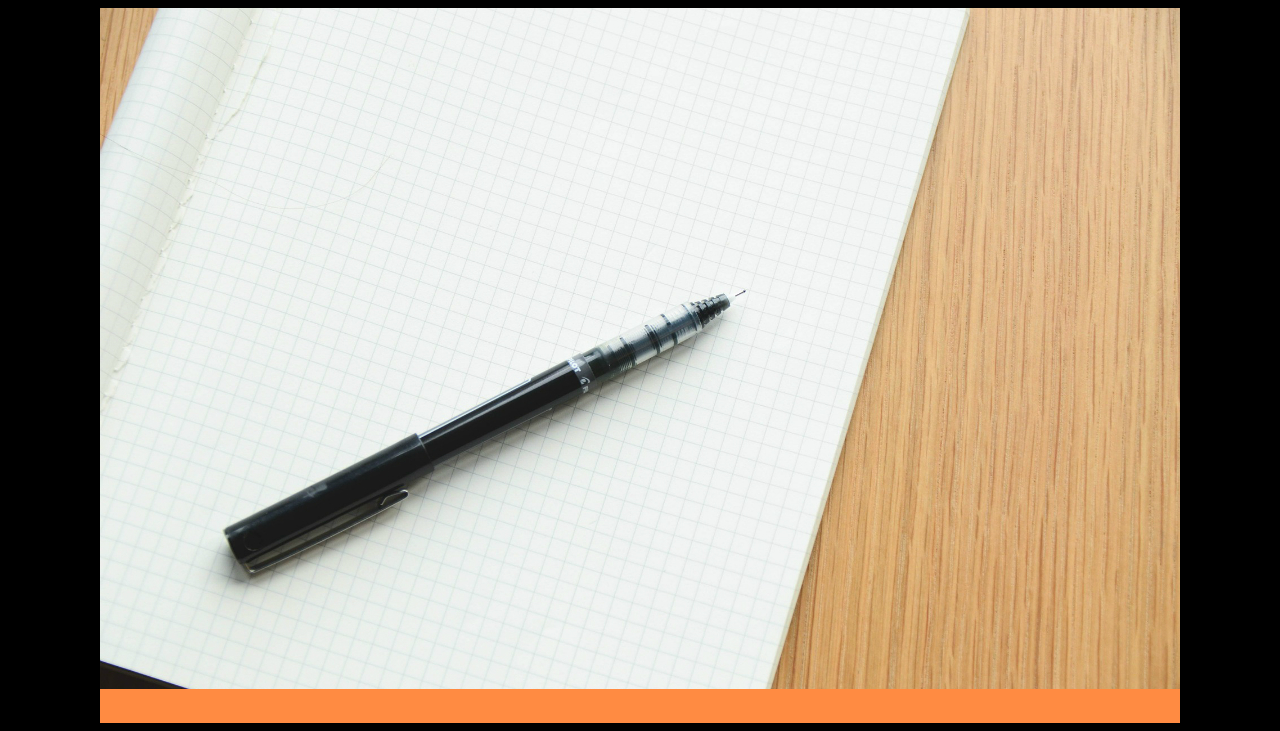
Repository: jc222fi/1dv403-laborationer
Page: 5-pwd/index.html
The author's editor kept a record of every edit. The page is drawn from the files as they stood at one moment, then again after the next edit.
The browser window is 1280 px wide. The pictures show the whole page.

Above is the page before.
Console error: SyntaxError: Unexpected identifier 'openWindow'

### 5-pwd/index.html
<!DOCTYPE html>
<html>
    <head>
        <meta charset="UTF-8">
        <title>My Virtual Desktop</title>
        <link rel="stylesheet" href="style.css" />
    </head>
    <body>
        <div id="container">
            <footer>
            </footer>
        </div>
        <script src="script.js"></script>
    </body>
</html>

### 5-pwd/style.css
html{
    background-color:black;
}
#container{
    height:715px;
    width:1080px;
    margin:0 auto;
    background-image:url("pics/notepad1.jpg");
}
.imageViewer{
    color:white;
    font-family:Arial, Helvetica, sans-serif;
    height:400px;
    width:300px;
    margin-left:5px;
    border-top:1px solid #ffb870;
    border-left:1px solid #ffb870;
    border-right:1px solid #ff8b42;
    border-bottom:1px solid #ff8b42;
    background-color:#ffffcc;
}
.windowHeader{
    height:30px;
    width:290px;
    padding:5px;
    background-color:#ff8b42;
}
    .headerIcon{
        float:left;
    }
    .windowHeader p{
        margin-top: 2px;
        margin-left: 34px;
    }
    .close{
        float:right;
    }
    .close img{
        height:10px;
        width:10px;
        padding: 1px;
        background-color: #ffb870;
        border-top: 1px solid beige;
        border-left: 1px solid beige;
    }
.windowBody{
    height:340px;
    width:300px;
    overflow-y:scroll;
}
.windowFooter{
    height:20px;
    width:300px;
    background-color:#ff8b42;
}
    .windowFooter p{
        height:10px;
        margin-top:0;
        margin-left: 3px;
        font-size: small;
    }
footer{
    background-color:#ff8b42;
    position:absolute;
    margin-top:681px;
    height:30px;
    width:1076px;
    padding:2px;
}

### 5-pwd/script.js
"use strict";
//Bilder från pixabay.com

var MyDesktop = {

    init: function(){

        MyDesktop.openDesktop();
    },

    openDesktop: function(){

        var button = document.createElement("a");
        var buttonImage = document.createElement("img");
        var footer = document.querySelector("footer");

        button.href = "#";
        buttonImage.src = "pics/desktopicon.png";
        footer.appendChild(button);
        button.appendChild(buttonImage);

        button.onclick = function(){

            MyDesktop.openWindow();
        };
    }

    openWindow: function(){

        var containerDiv = document.getElementById("container");
        var windowDiv = document.createElement("div");
        var windowHeader = document.createElement("div");
        var windowBody = document.createElement("div");
        var windowFooter = document.createElement("div");
        var windowHeadline = document.createElement("p");
        var statusLine = document.createElement("p");
        var headerIcon = document.createElement("img");
        var closeIcon = document.createElement("img");
        var a = document.createElement("a");

        a.href ="#";
        closeIcon.src = "pics/cancel.png";
        headerIcon.src = "pics/desktopicon.png";
        headerIcon.setAttribute("class", "headerIcon");
        a.setAttribute("class", "close");
        windowDiv.setAttribute("class", "imageViewer");
        windowBody.setAttribute("class", "windowBody");
        windowHeader.setAttribute("class", "windowHeader");
        windowFooter.setAttribute("class", "windowFooter");

        a.appendChild(closeIcon);
        windowHeader.appendChild(headerIcon);
        windowHeader.appendChild(a);
        windowHeader.appendChild(windowHeadline);
        windowFooter.appendChild(statusLine);
        windowDiv.appendChild(windowHeader);
        windowDiv.appendChild(windowBody);
        windowDiv.appendChild(windowFooter);
        containerDiv.appendChild(windowDiv);

        windowHeadline.innerHTML = "Image Viewer";
        statusLine.innerHTML = "Status..."

        a.onclick = function(){
            containerDiv.innerHTML = "";
        }
    }

};

window.onload = MyDesktop.init;

After the next edit:
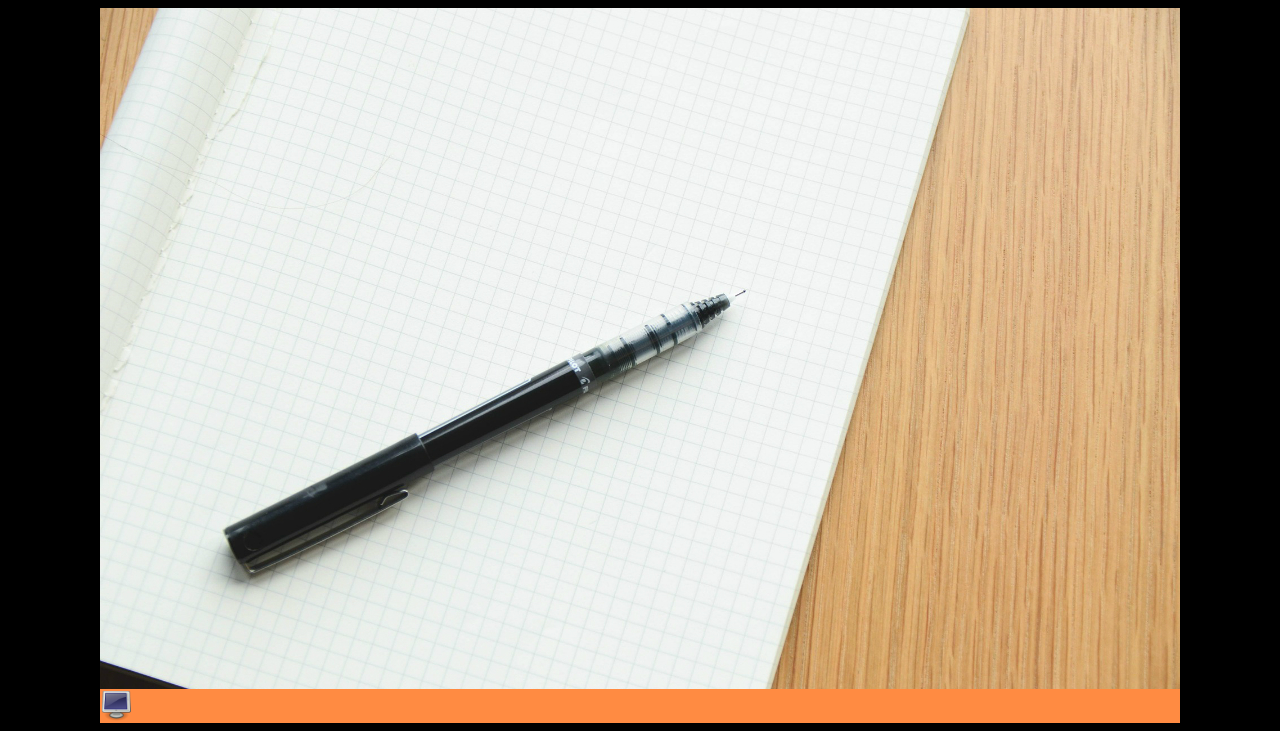
The error is gone.
The edit:
--- a/5-pwd/script.js
+++ b/5-pwd/script.js
@@ -23,7 +23,7 @@
 
             MyDesktop.openWindow();
         };
-    }
+    },
 
     openWindow: function(){
 
